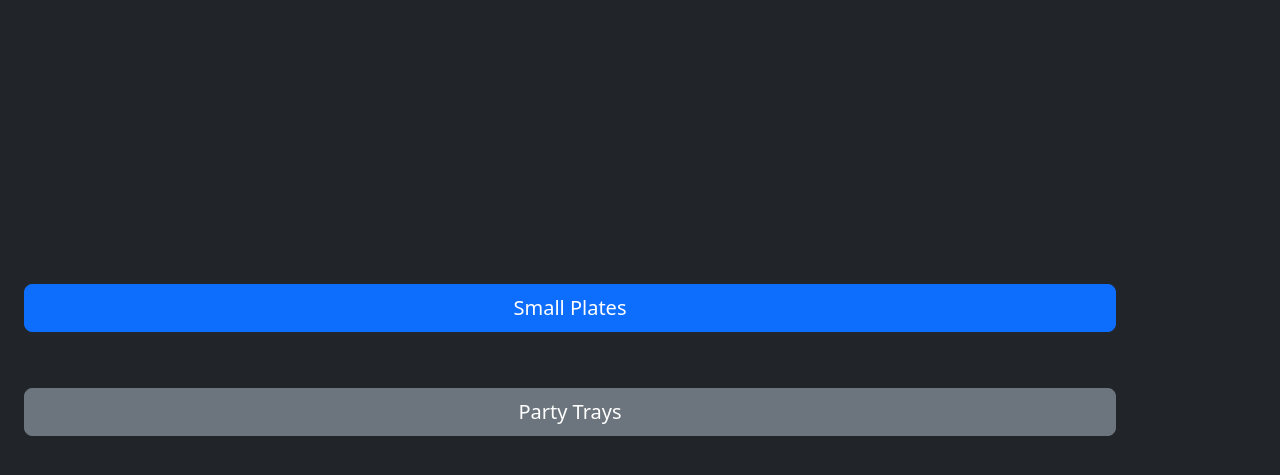
Repository: dukedward/smokehousemenu
Page: index.html
An editor plug-in stored every save of this project. The page is shown before and after the next save, followed by the edit.
The browser window is 1280 px wide. The pictures show the whole page.

Above is the page before, as saved 2023-02-28 20:11:37.

### index.html
<!DOCTYPE html>
<html lang="en">
<head>
    <meta charset="UTF-8">
    <meta http-equiv="X-UA-Compatible" content="IE=edge">
    <meta name="viewport" content="width=device-width, initial-scale=1.0">
    <link href="https://cdn.jsdelivr.net/npm/bootstrap@5.3.0-alpha1/dist/css/bootstrap.min.css" rel="stylesheet" integrity="sha384-GLhlTQ8iRABdZLl6O3oVMWSktQOp6b7In1Zl3/Jr59b6EGGoI1aFkw7cmDA6j6gD" crossorigin="anonymous">
    <link rel="stylesheet" href="style.css" />
    <title>4 The Fork of It</title>
</head>
<body>
    <div class="container d-flex align-items-center justify-content-center">
        <div class="buttons d-grid gap-2 col-12">
            <a class="btn btn-lg btn-primary m-4" href="/plates/" >Small Plates</a>
            <a class="btn btn-lg btn-secondary m-4" href="/trays/" >Party Trays</a>
        </div>
    </div>
    <script src="https://cdn.jsdelivr.net/npm/bootstrap@5.3.0-alpha1/dist/js/bootstrap.bundle.min.js" integrity="sha384-w76AqPfDkMBDXo30jS1Sgez6pr3x5MlQ1ZAGC+nuZB+EYdgRZgiwxhTBTkF7CXvN" crossorigin="anonymous"></script>
</body>
</html>

### style.css
/* * {
	margin: 0;
	padding: 0;
} */

body {
    background-color: #212529;
}

.container {
    width: 100vw;
    height: 100vh;
    background-color: #212529;
    margin: 0;
    padding: 0;
}

.title {
	display: flex;
	flex-direction: column;
	justify-content: center;
	align-items: center;
}

.title h1,h2,p {
    margin-bottom: 0;
}

.sections {
	display: grid;
}

.sect, .sub-sect {
	display: flex;
	flex-direction: column;
	justify-content: left;
	align-items: center;
}

.sect h2,h3 {
    margin-bottom: 0;
}

.desc {
    display: flex;
    flex-direction: row;
    justify-content: space-between;
}

.desc p {
    padding-right: 1rem;
}

dt {
    font-size: medium;
    font-weight: bold;
}

dd {
    margin-bottom: 1rem;
}

After the next save:
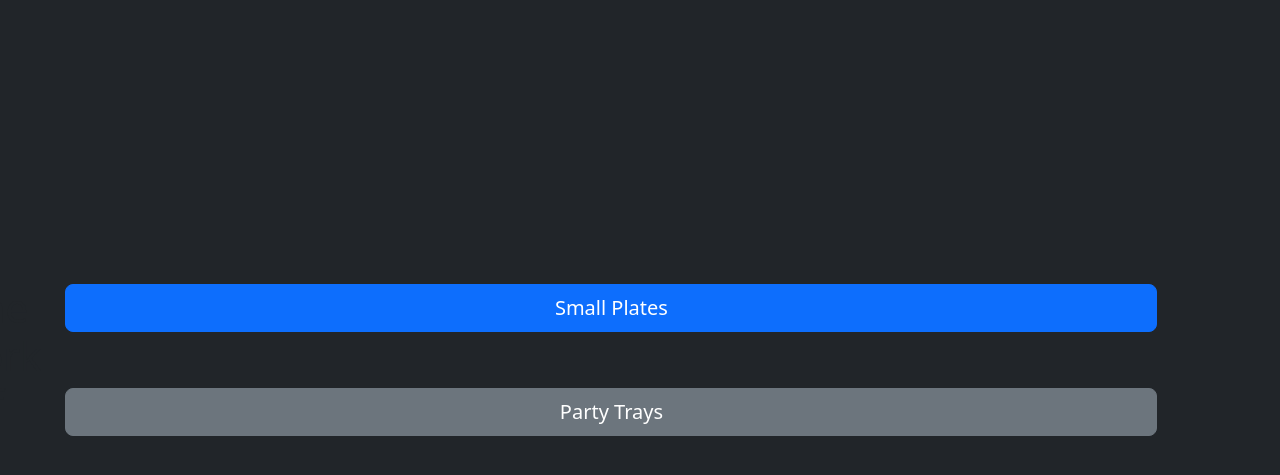
Saved 103 s later.
--- a/index.html
+++ b/index.html
@@ -10,6 +10,7 @@
 </head>
 <body>
     <div class="container d-flex align-items-center justify-content-center">
+        <h1>4 The Fork Of It</h1>
         <div class="buttons d-grid gap-2 col-12">
             <a class="btn btn-lg btn-primary m-4" href="/plates/" >Small Plates</a>
             <a class="btn btn-lg btn-secondary m-4" href="/trays/" >Party Trays</a>
